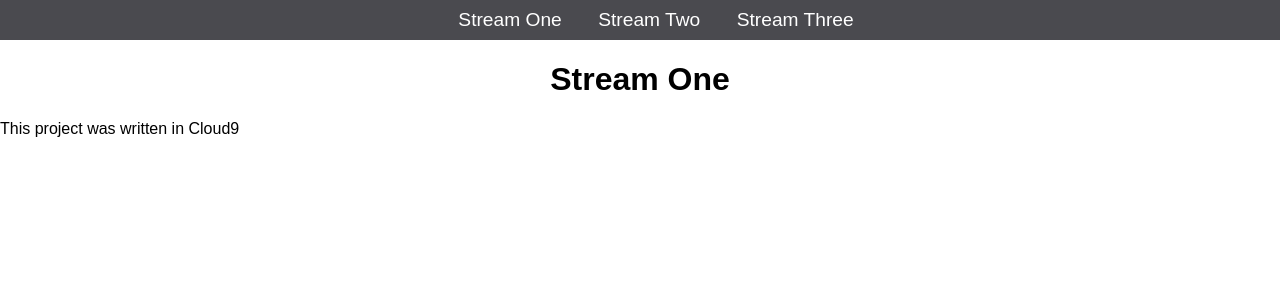
Repository: Dorcas-Amoo/my-first-website-again
Page: stream-one.html
The author's editor kept a record of every edit. The page is drawn from the files as they stood at one moment, then again after the next edit.
The browser window is 1280 px wide. The pictures show the whole page.

Above is the page before.

### stream-one.html
<!DOCTYPE html>
<html>
    <head>
        <title>Hello World</title>
         <link rel="stylesheet" href="CSS/style.css" type="text/css" />
    </head>

    <body>
        <nav>
            <ul>
                <li><a href="stream-one.html">Stream One</a></li>
                <li><a href="stream-two.html">Stream Two</a></li>
                <li><a href="stream-three.html">Stream Three</a></li>
            </ul>
        </nav>
        <h1>Stream One</h1>
        <p>This project was written in Cloud9</p>
    </body>
</html>

### CSS/style.css
body {
    margin:0;
    padding:0;
    font-family: 'Oswald', sans-serif;
}

nav ul {
    list-style: none;
    background-color: #4a4a4f;
    text-align: center;
    margin: 0;
    padding: 0;
}

nav li {
    font-size: 1.2em;
    line-height: 40px;
    height: 40px;
    display: inline-block;
    margin-left: 2.5%;
}

nav a {
    text-decoration: none;
    color: #ffffff;
    display: block;
}

nav a:hover {
    background-color: #ffffff;
    color: #4a4a4f;
}

.card {
    float: left;
    width: 20%;
    margin-left:10%;
}

.card a {
    text-align: center;
}

img {
    width: 100%;
}

h1 {
    text-align: center;
}

After the next edit:
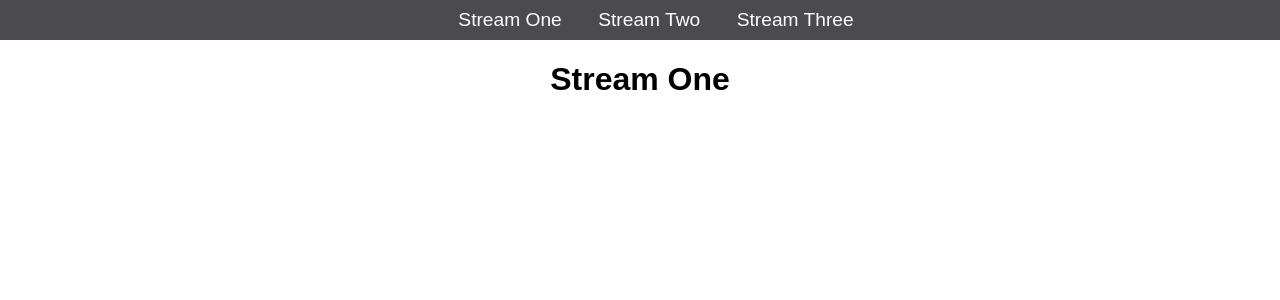
The edit:
--- a/stream-one.html
+++ b/stream-one.html
@@ -14,6 +14,9 @@
             </ul>
         </nav>
         <h1>Stream One</h1>
-        <p>This project was written in Cloud9</p>
+       <div class="card"></div>
+       <a href=""></a>
+       <img src=""></img>
+       <h2></h2>
     </body>
 </html>
